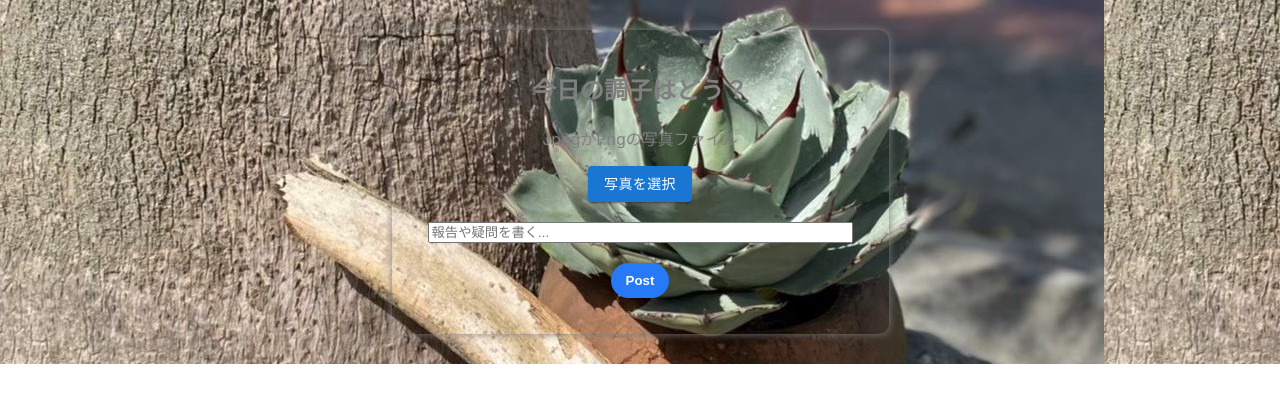
Repository: Seiya00002/seeds_surfers_react_sns
Page: /
The author's editor kept a copy of each file at every save. The page is drawn from the files as they stood at one save, then again after the next save.
The browser window is 1280 px wide. The pictures show the whole page.
The page's requests for data from a server got no answer. The project was rebuilt for these pictures with package versions that can differ from the ones it lists, and the page was loaded fresh each time. No one was signed in, and anything a server would have sent is missing. Also part of the build but not shown: src/Post.css, src/Post.tsx.

Above is the page before, as saved 2023-08-03 08:52:18.

After the next save:
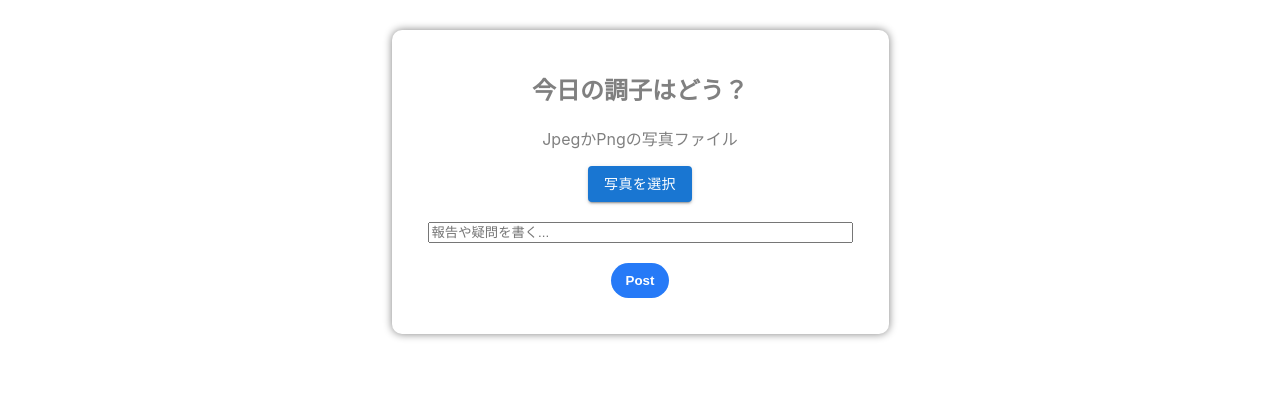
Saved 14 s later.
--- a/src/App.css
+++ b/src/App.css
@@ -5,5 +5,4 @@
   align-items: center;
   width: 100%;
   flex-flow: column;
-  background-image: url("./cream-spike-pic.jpg");
 }
